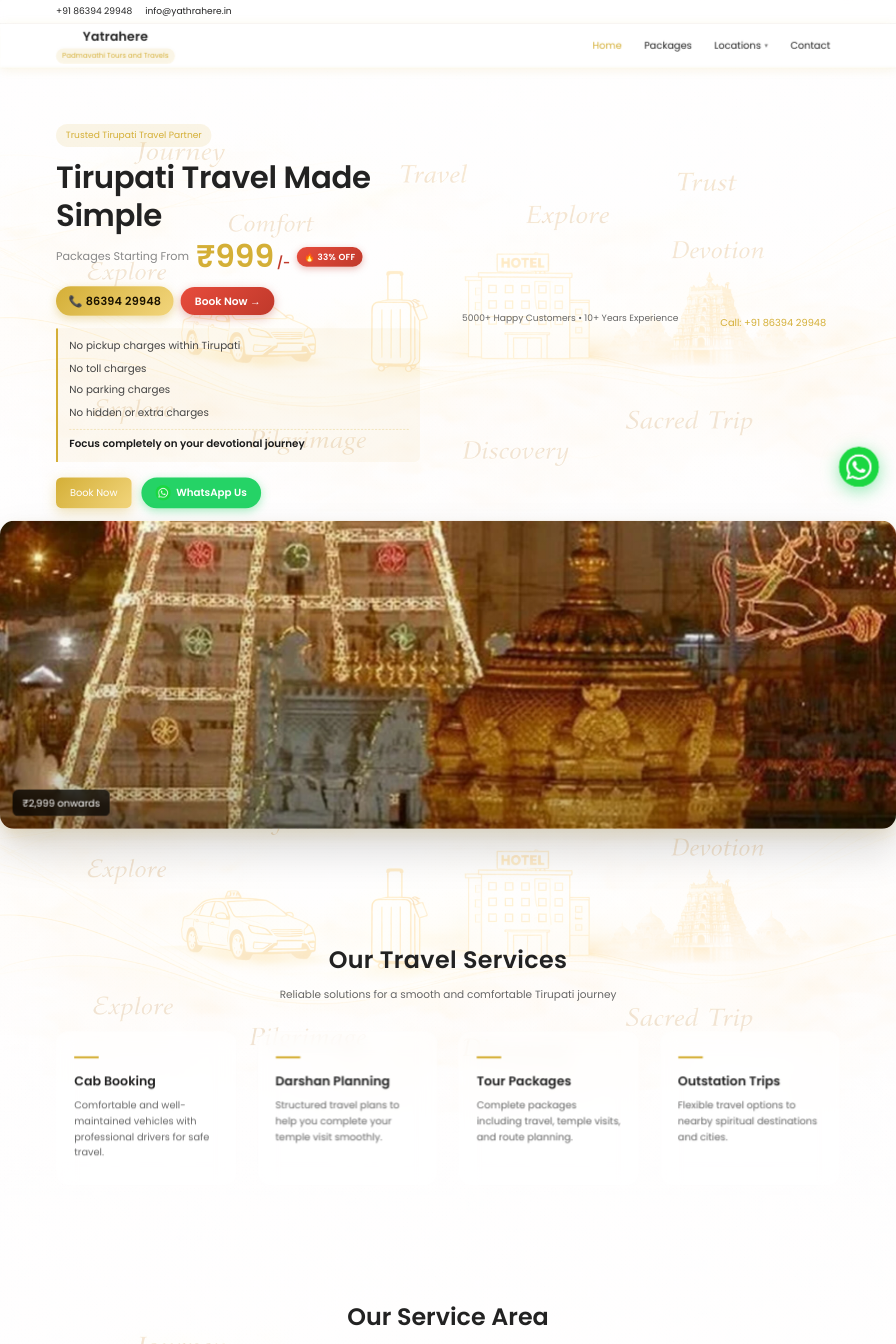
Repository: heytirupati/Bookingweb
Page: index.html
These files come from the project's save history. The page is drawn as it stood at one moment and after the next save; the edit follows.
The browser window is 1280 px wide. The pictures show the part of the page from y = 0 to 1920 px (the page is 5748 px tall before and 5735 px after), at 70% of full size.
Backgrounds fixed to the window are drawn as part of the page.

Above is the page before, as saved 2026-04-29 15:23:18.

After the next save:
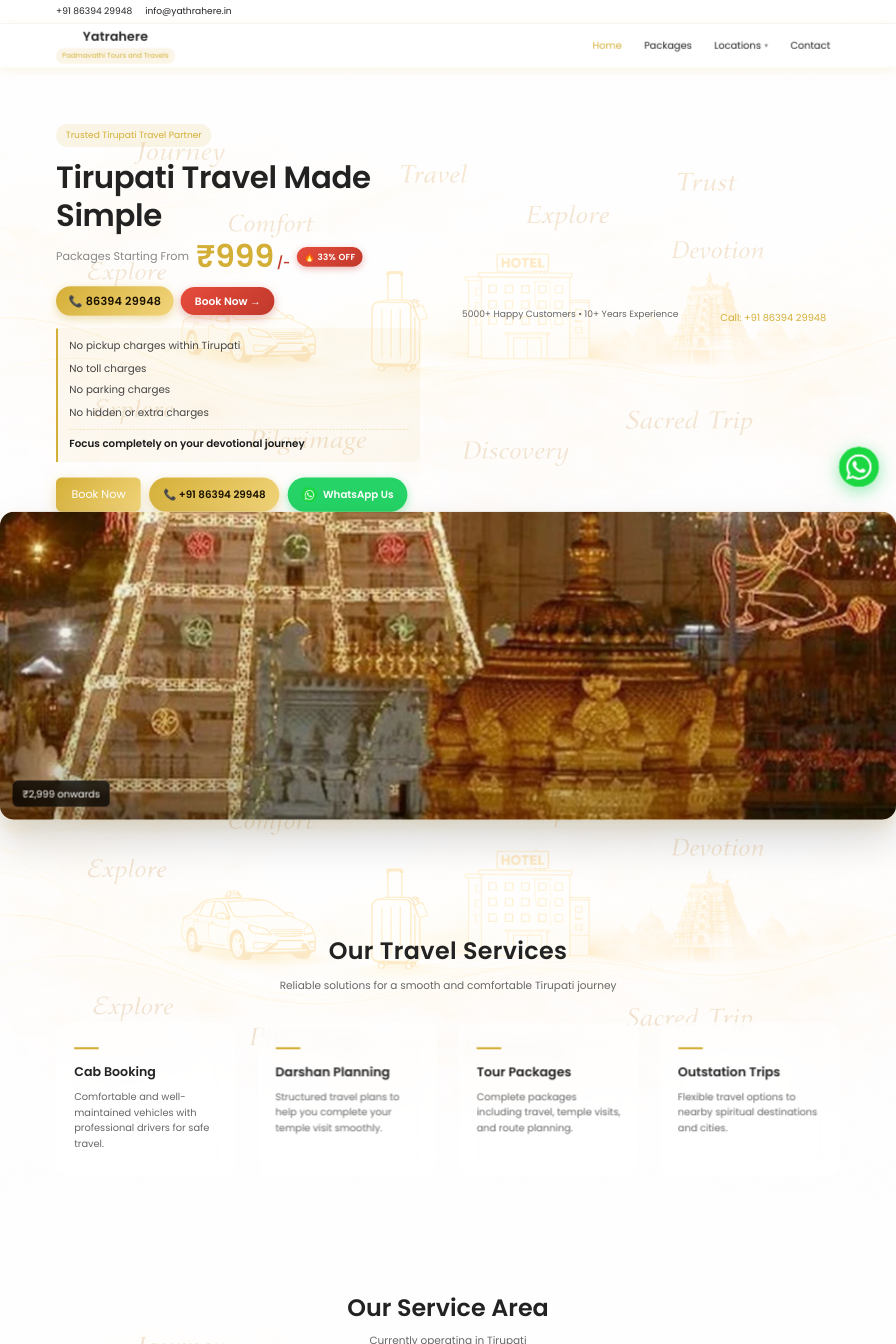
Saved 4 s later.
--- a/index.html
+++ b/index.html
@@ -98,8 +98,9 @@
                 </div>
             </div>
 
-            <div class="hero-buttons">
+            <div class="booking-contact-row">
                 <a href="booking.html" class="btn btn-primary">Book Now</a>
+                <a href="tel:+918639429948" class="booking-phone-pill">📞 +91 86394 29948</a>
                 <a href="https://wa.me/918639429948" target="_blank" class="booking-wa-pill">
                     <img src="images/whatsapplogo.png" alt="WhatsApp" class="wa-btn-icon"> WhatsApp Us
                 </a>
